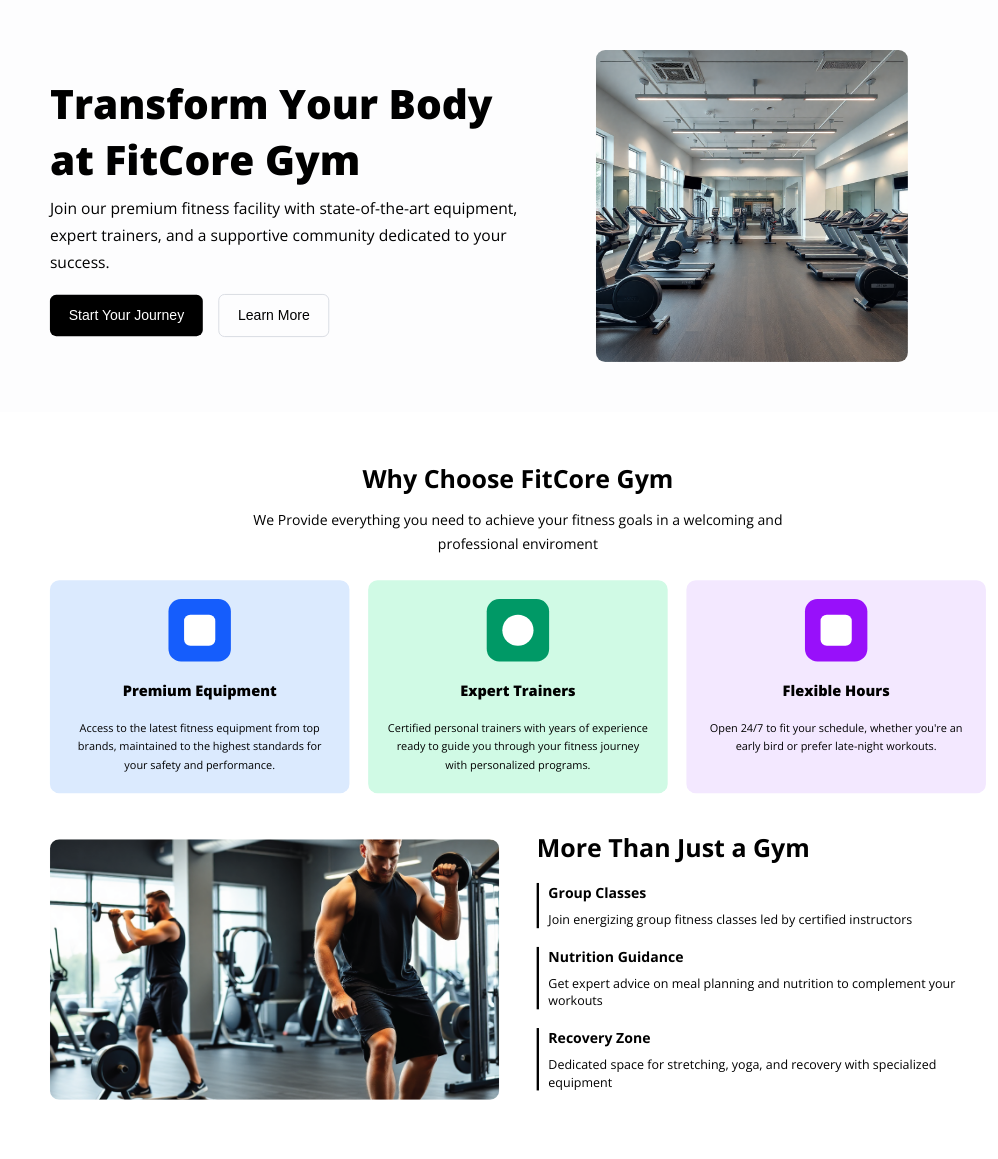
Repository: abdobadawi-ops/Route-Academy-Assignments
Page: Secon Assignment - fit-core-gym/index.html
The author's editor kept a copy of each file at every save. The page is drawn from the files as they stood at one save, then again after the next save.
The browser window is 1280 px wide. The pictures show the whole page, at 78% of full size.

Above is the page before, as saved 2026-04-28 13:21:37.

### Secon Assignment - fit-core-gym/index.html
<!doctype html>
<html lang="en">
  <head>
    <meta charset="UTF-8" />
    <meta name="viewport" content="width=device-width, initial-scale=1.0" />
    <title>FitCore Gym | Assignment 2</title>
    <meta
      name="description"
      content="Transform Your Body at FitCore Gym, We provide everything you need to achieve your fitness goals in a welcoming and professional environment."
    />
    <link rel="shortcut icon" href="./imgs/favicon.png" type="image/x-icon" />
    <link rel="preconnect" href="https://fonts.googleapis.com" />
    <link rel="preconnect" href="https://fonts.gstatic.com" crossorigin />
    <link
      href="https://fonts.googleapis.com/css2?family=Open+Sans:ital,wght@0,300..800;1,300..800&display=swap"
      rel="stylesheet"
    />
    <link rel="stylesheet" href="./style.css" />
  </head>
  <body>
    <header>
      <div class="container grid-2-cols">
        <div class="left">
          <h1>Transform Your Body at FitCore Gym</h1>
          <p>
            Join our premium fitness facility with state-of-the-art equipment,
            expert trainers, and a supportive community dedicated to your
            success.
          </p>
          <div class="buttons">
            <button class="btn btn--main">Start Your Journey</button>
            <button class="btn btn--alt">Learn More</button>
          </div>
        </div>
        <img src="./imgs/hero-section-img.png" alt="fitcore gym" />
      </div>
    </header>

    <section>
      <div class="container">
        <div class="section-heading">
          <h2>Why Choose FitCore Gym</h2>
          <p>
            We Provide everything you need to achieve your fitness goals in a
            welcoming and professional enviroment
          </p>
        </div>

        <div class="features grid-3-cols">
          <div class="feat">
            <div class="icon">
              <div></div>
            </div>
            <h3>Premium Equipment</h3>
            <p>
              Access to the latest fitness equipment from top brands, maintained
              to the highest standards for your safety and performance.
            </p>
          </div>
          <div class="feat">
            <div class="icon">
              <div></div>
            </div>
            <h3>Expert Trainers</h3>
            <p>
              Certified personal trainers with years of experience ready to
              guide you through your fitness journey with personalized programs.
            </p>
          </div>
          <div class="feat">
            <div class="icon">
              <div></div>
            </div>
            <h3>Flexible Hours</h3>
            <p>
              Open 24/7 to fit your schedule, whether you're an early bird or
              prefer late-night workouts.
            </p>
          </div>
        </div>

        <div class="premium grid-2-cols">
          <img
            src="./imgs/why-choose-us.png"
            alt="Men left weights in the gym"
          />
          <div class="items">
            <h3>More Than Just a Gym</h3>
            <div class="item">
              <h4>Group Classes</h4>
              <p>
                Join energizing group fitness classes led by certified
                instructors
              </p>
            </div>
            <div class="item">
              <h4>Nutrition Guidance</h4>
              <p>
                Get expert advice on meal planning and nutrition to complement
                your workouts
              </p>
            </div>
            <div class="item">
              <h4>Recovery Zone</h4>
              <p>
                Dedicated space for stretching, yoga, and recovery with
                specialized equipment
              </p>
            </div>
          </div>
        </div>
      </div>
    </section>
  </body>
</html>

### Secon Assignment - fit-core-gym/style.css
/* variables */
:root {
  --main-color: #000;
  --section-color: oklch(98.5% 0.002 247.839);
}

/* global rules */
* {
  box-sizing: border-box;
  margin: 0;
  padding: 0;
}

body {
  font-family: "Open Sans", sans-serif;
}

.container {
  width: 1200px;
  margin-inline: auto;
}

section {
  padding: 64px;
}

/* components */
.grid-2-cols {
  display: grid;
  grid-template-columns: repeat(2, 1fr);
  align-items: center;
}

.grid-3-cols {
  display: grid;
  grid-template-columns: repeat(3, 1fr);
}

.section-heading {
  text-align: center;
  width: 700px;
  margin-inline: auto;
  margin-bottom: 32px;

  h2 {
    font-size: 32px;
    margin-bottom: 16px;
  }

  p {
    font-size: 18px;
    line-height: 1.7;
  }
}

/* header */

header {
  background-color: #fdfdfe;
  padding: 64px;
  & h1 {
    font-size: 52px;
    font-weight: 900;
  }

  p {
    font-size: 20px;
    line-height: 1.7;
    margin-top: 12px;
    margin-bottom: 24px;
  }

  .btn {
    background: none;
    border: none;
    font-size: 18px;
    color: #fff;
    padding: 16px 24px;
    border-radius: 8px;
    cursor: pointer;
  }

  .buttons {
    display: flex;
    align-items: center;
    gap: 20px;
  }

  .btn--main {
    background-color: var(--main-color);
  }

  .btn--alt {
    background-color: #fdfdfe;
    color: #000;
    border: 1px solid #d1d5dc;
  }

  img {
    width: 400px;
    justify-self: center;
    border-radius: 12px;
  }
}

/* why to choose us */

.features {
  column-gap: 24px;
  text-align: center;
  margin-bottom: 48px;

  .feat {
    display: flex;
    flex-direction: column;
    gap: 24px;
    padding: 24px;
    border-radius: 12px;

    h3 {
      font-weight: 800;
    }

    p {
      font-size: 14px;
      line-height: 1.7;
    }
  }

  .icon {
    width: 80px;
    height: 80px;
    border-radius: 16px;
    margin-inline: auto;
    background-color: #155dfc;
    display: flex;
    align-items: center;
    justify-content: center;

    & div {
      width: 40px;
      height: 40px;
      background-color: #fff;
      border-radius: 8px;
    }
  }

  .feat:nth-child(1) {
    background-color: #dbeafe;
  }

  .feat:nth-child(2) {
    background-color: #d0fae5;

    .icon {
      background-color: #009966;

      div {
        border-radius: 50%;
      }
    }
  }

  .feat:nth-child(3) {
    background-color: #f3e8ff;

    .icon {
      background-color: #9810fa;
    }
  }
}

.premium {
  gap: 48px;

  img {
    width: 100%;
    border-radius: 12px;
  }

  h3 {
    font-size: 32px;
    margin-bottom: 24px;
  }

  .item {
    display: flex;
    flex-direction: column;
    border-left: 3px solid #000;
    padding-inline: 12px;
    margin-bottom: 24px;

    h4 {
      font-size: 18px;
      margin-bottom: 12px;
    }

    p {
      font-size: 16px;
    }
  }
}

After the next save:
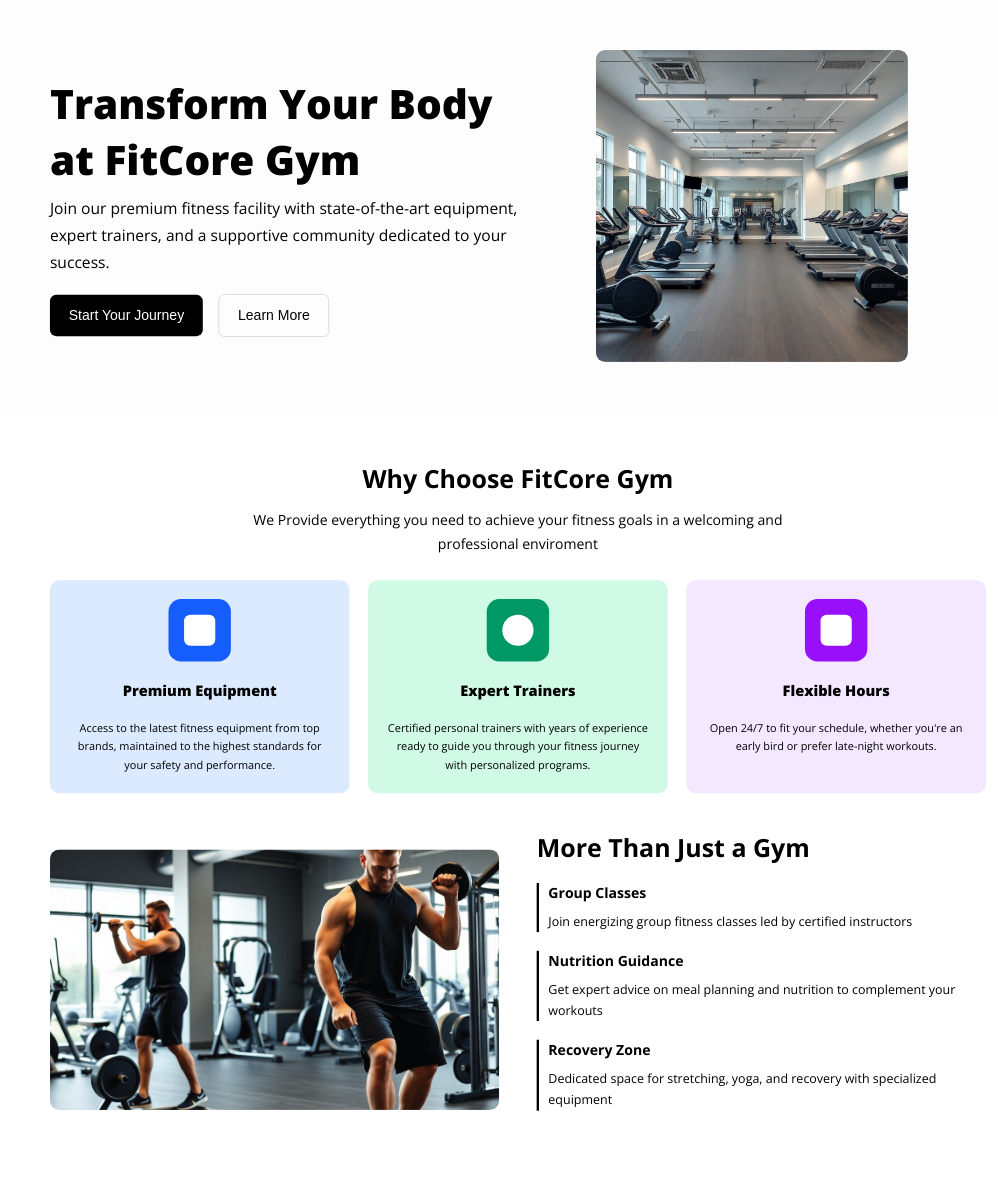
Saved 8 s later.
--- a/Secon Assignment - fit-core-gym/style.css
+++ b/Secon Assignment - fit-core-gym/style.css
@@ -197,6 +197,7 @@ header {
 
     p {
       font-size: 16px;
-    }
-  }
-}
+      line-height: 1.7;
+    }
+  }
+}
